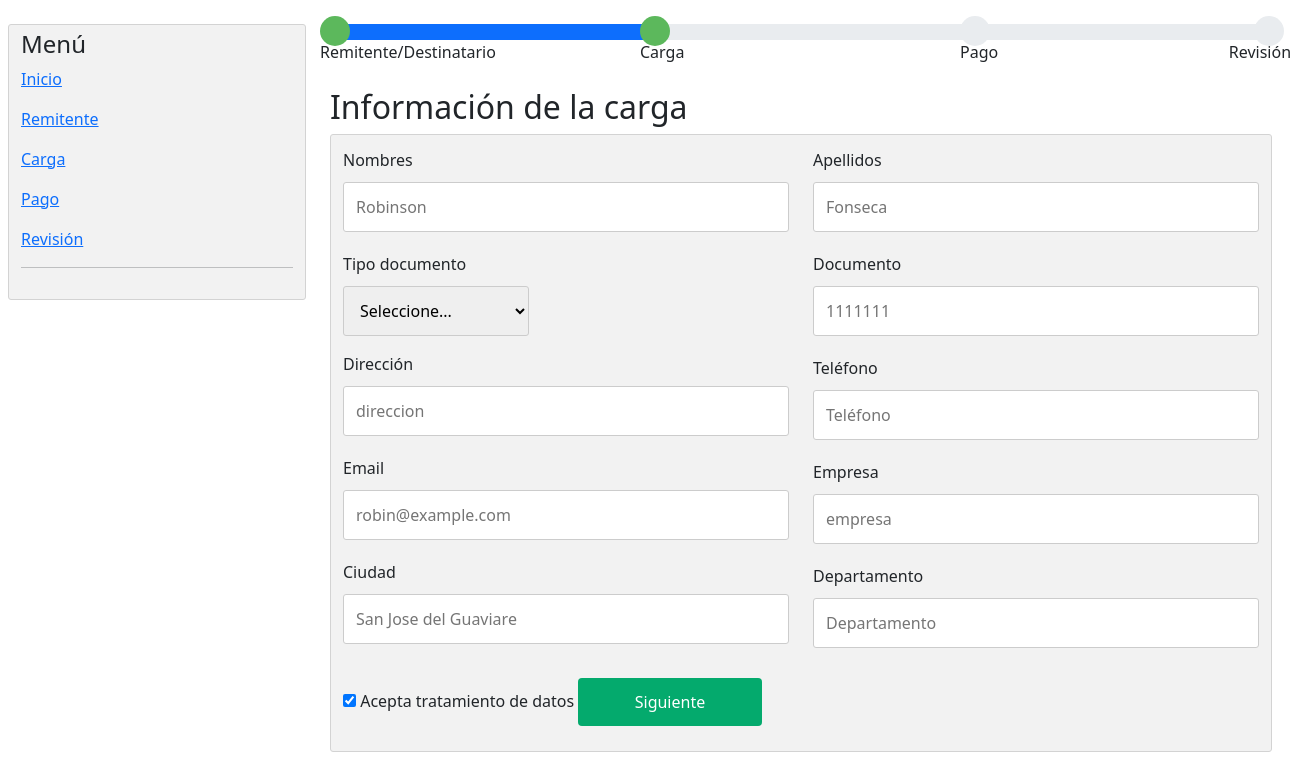
Repository: SennovaFluvial/Trasnfluvial
Page: appFluvial/templates/card1carga.html
The author's editor kept a copy of each file at every save. The page is drawn from the files as they stood at one save, then again after the next save.
The browser window is 1280 px wide. The page is 1291 px wide, so the pictures cover 1291 px, including what lies to the right of the window. The pictures show the whole page.
The template is drawn by Django 3.2. The application's start-up code is not run. The template is opened directly, without the code that normally fills it, so the values that code supplies are empty.

Above is the page before, as saved 2023-10-18 23:32:01.

After the next save:
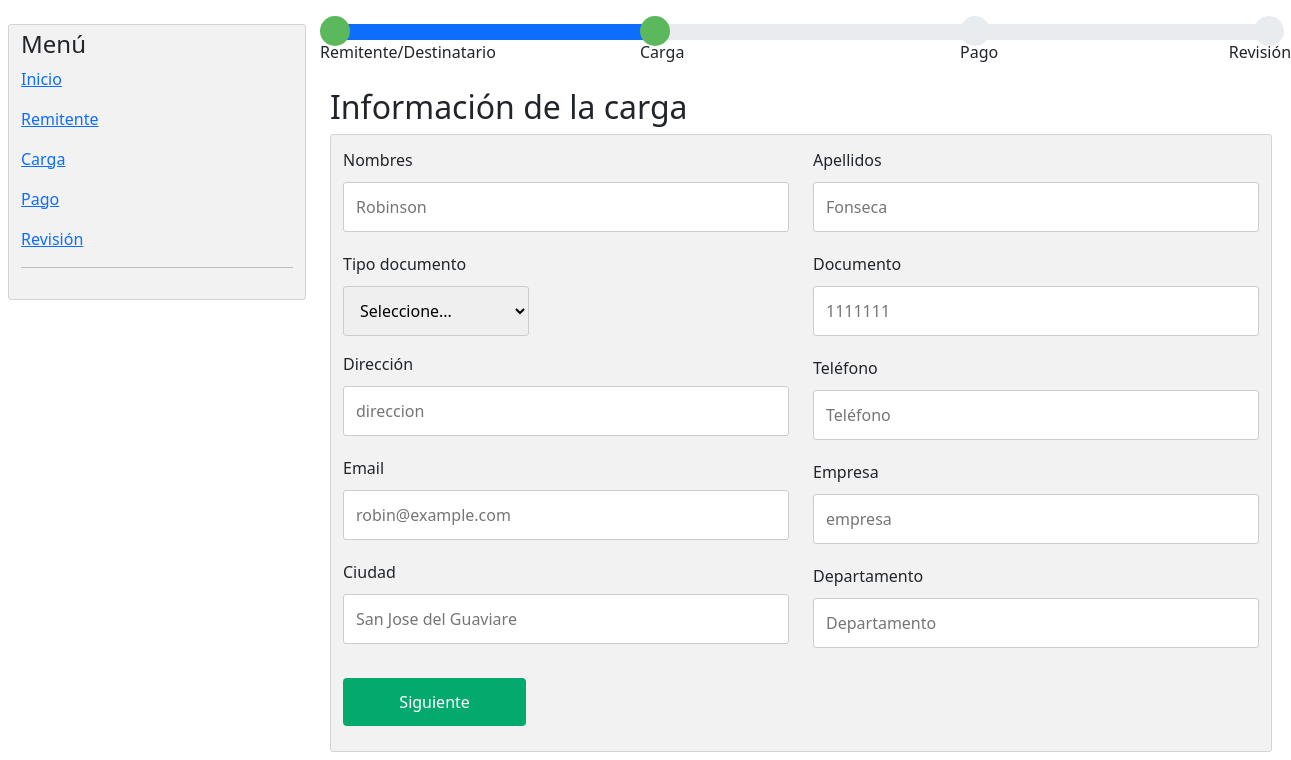
Saved 14 s later.
--- a/appFluvial/templates/card1carga.html
+++ b/appFluvial/templates/card1carga.html
@@ -259,9 +259,6 @@ span.price {
           </div>
 
         </div>
-        <label>
-          <input type="checkbox" checked="checked" name="sameadr"> Acepta tratamiento de datos
-        </label>
         <input type="submit" value="Siguiente" class="btn">
       </form>
     </div>
